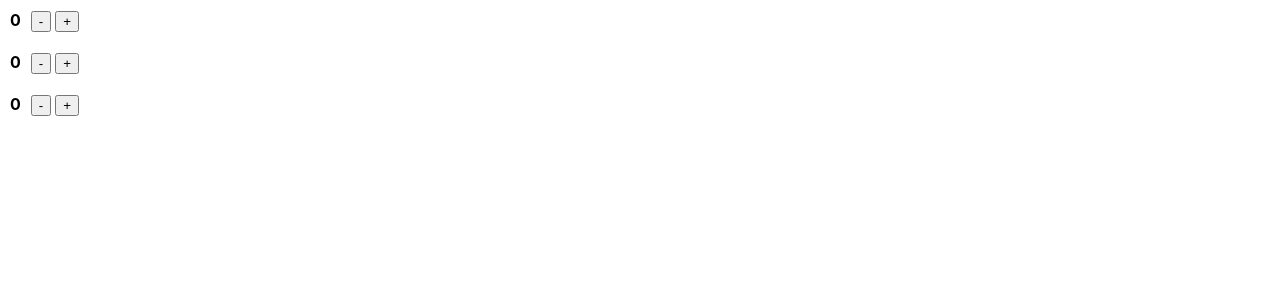
Repository: Fortune-Labs/Counter
Page: /
An editor plug-in stored every save of this project. The page is shown before and after the next save, followed by the edit.
The browser window is 1280 px wide. The pictures show the whole page.
The project was rebuilt for these pictures with package versions that can differ from the ones it lists, and the page was loaded fresh each time.

Above is the page before, as saved 2020-08-28 16:07:07.

### src/index.css
body {
  margin: 0;
  font-family: -apple-system, BlinkMacSystemFont, "Segoe UI", "Roboto", "Oxygen",
    "Ubuntu", "Cantarell", "Fira Sans", "Droid Sans", "Helvetica Neue",
    sans-serif;
  -webkit-font-smoothing: antialiased;
  -moz-osx-font-smoothing: grayscale;
}

code {
  font-family: source-code-pro, Menlo, Monaco, Consolas, "Courier New",
    monospace;
}

p {
  margin-bottom: 1rem;
}
.counter {
  padding: 10px;
}

.counter-controls {
  display: inline-block;
  margin-left: 10px;
}

button {
  margin-right: 4px;
}

ol.instructions {
  list-style-type: decimal;
  margin-left: 1rem;
  margin-top: 0.5rem;
}

li {
  margin-bottom: 1rem;
}

ol {
  margin-top: 0.5rem;
  margin-left: 2.5rem;
  list-style-type: decimal;
}

### src/App.js
import React, { Component } from "react";

// state data for 3 counters
const data = [
  { id: 1, value: 0 },
  { id: 2, value: 0 },
  { id: 3, value: 0 },
];

// Counter Component
// class Counter extends Component {
//   render() {
//     const { value } = this.props;
//     return (
//       <div className="counter">
//         <b>{value}</b>
//         <div className="counter-controls">
//           <button className="button is-danger is-small">-</button>
//           <button className="button is-success is-small">+</button>
//         </div>
//       </div>
//     );
//   }
// }

//my counter
class Counter extends Component {
  onIncrement = (e) => {
    this.props.onIncrement(1);
  };

  onDecrement = () => {
    this.props.onIncrement(-1);
  };

  render() {
    const { value } = this.props;
    return (
      <div className="counter">
        <b>{value}</b>
        <div className="counter-controls">
          <button
            className="button is-danger is-small"
            onClick={this.onDecrement}
          >
            -
          </button>

          <button
            className="button is-success is-small"
            onClick={this.onIncrement}
          >
            +
          </button>
        </div>
      </div>
    );
  }
}

// class App extends Component {
//   constructor(props, context) {
//     super(props, context);
//   }

//   render() {
//     return (
//       <div>
//         {data.map((counter) => (
//           <Counter key={counter.id} value={counter.value} />
//         ))}
//       </div>
//     );
//   }
// }

//my app
class App extends Component {
  constructor(props, context) {
    super(props, context);
    this.state = {
      data: [...data],
    };
  }

  onIncrement = (counter, increment) => {
    const newValue = counter.value + increment;
    this.setState({
      data: data.map((item) => {
        item.value = item.id === counter.id ? newValue : item.value;
        return item;
      }),
    });
  };

  render() {
    const { data } = this.state;
    return (
      <div>
        {data.map((counter) => (
          <Counter
            key={counter.id}
            value={counter.value}
            onIncrement={this.onIncrement.bind(this, counter)}
          />
        ))}
      </div>
    );
  }
}

export default App;

Loaded but not shown: public/index.html (common file); src/index.js (common file); src/serviceWorker.js (common file)

After the next save:
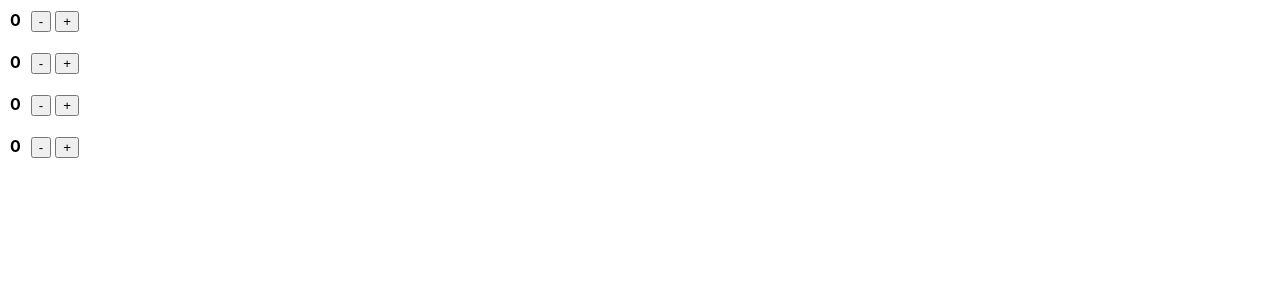
Saved 18 min 31 s later.
--- a/src/App.js
+++ b/src/App.js
@@ -5,6 +5,7 @@
   { id: 1, value: 0 },
   { id: 2, value: 0 },
   { id: 3, value: 0 },
+  { id: 4, value: 0 },
 ];
 
 // Counter Component
